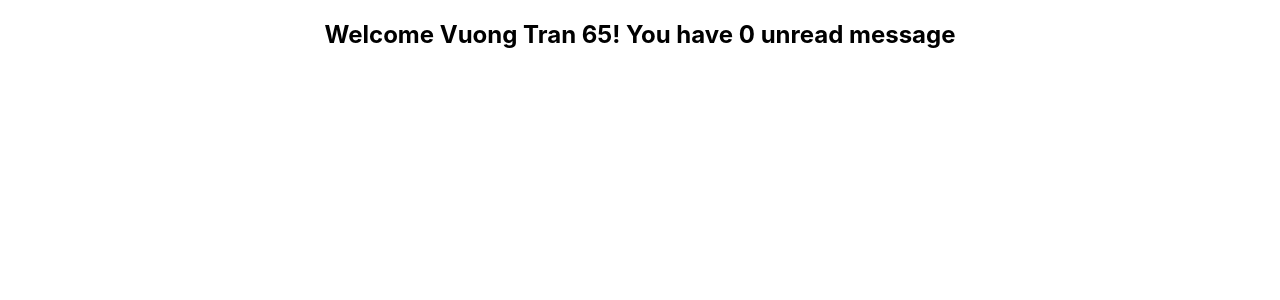
Repository: vuongtm1999/ALTA-exercise-1
Page: /
These files come from the project's save history. The page is drawn as it stood at one moment and after the next save; the edit follows.
The browser window is 1280 px wide. The pictures show the whole page.
The project was rebuilt for these pictures with package versions that can differ from the ones it lists, and the page was loaded fresh each time.

Above is the page before, as saved 2022-10-25 16:59:32.

After the next save:
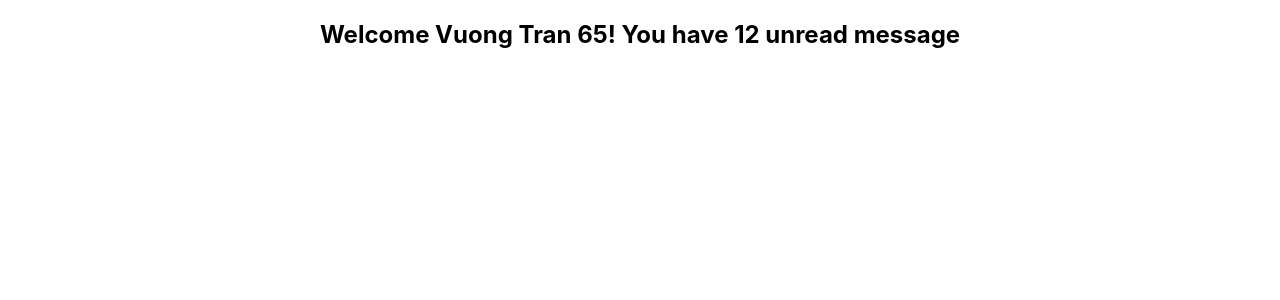
Saved 11 s later.
--- a/src/App.tsx
+++ b/src/App.tsx
@@ -26,7 +26,7 @@
   // ]
   return (
     <div className="App">
-      <Greet name="Vuong Tran 65" isLoggedIn={true}  />
+      <Greet name="Vuong Tran 65" messageCount={12} isLoggedIn={true}  />
     </div>
   );
 }

After the save that followed:
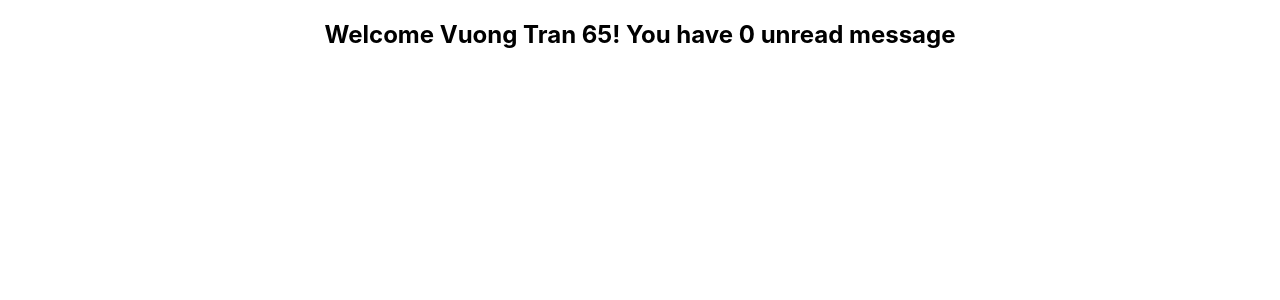
Saved 7 s later.
--- a/src/App.tsx
+++ b/src/App.tsx
@@ -26,7 +26,7 @@
   // ]
   return (
     <div className="App">
-      <Greet name="Vuong Tran 65" messageCount={12} isLoggedIn={true}  />
+      <Greet name="Vuong Tran 65" isLoggedIn={true}  />
     </div>
   );
 }
